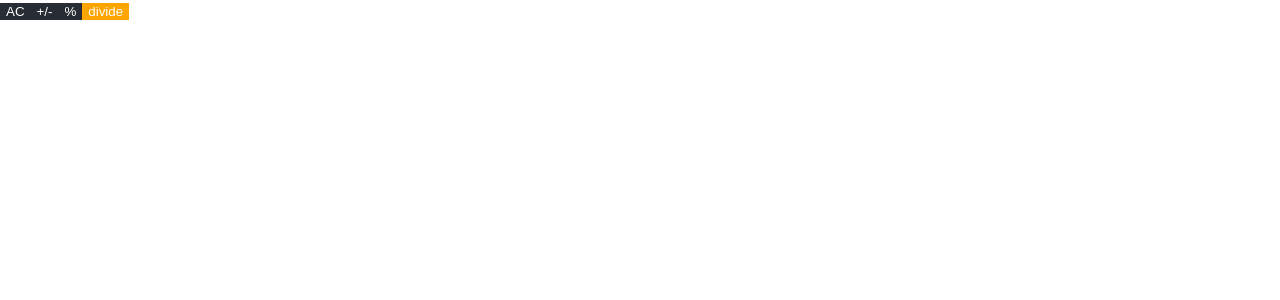
Repository: catsarenotreal/CalculatorWebApp
Page: /
The author's editor kept a copy of each file at every save. The page is drawn from the files as they stood at one save, then again after the next save.
The browser window is 1280 px wide. The pictures show the whole page.
The project was rebuilt for these pictures with package versions that can differ from the ones it lists, and the page was loaded fresh each time.

Above is the page before, as saved 2024-08-22 14:57:08.

### src/App.tsx
import React from 'react';
// import logo from './logo.svg';
import './App.css';

type Props = {
  val : string;
  colour : 'orange'|'darkgrey'|'lightgrey';
}

function DisplayScreen(){ // changes on click for = sign
  return <></>;
}

function Buttons(props : Props){

  const val = props.val;
  const colour = props.colour;


  function handleClick(){

  }

  return <button className = {`Buttons ${colour}`} onClick = {handleClick}>
    {val}
  </button>
}

export default function Calc() {
  return (
    <main>
      <div className = "row">
        {/* <DisplayScreen> </DisplayScreen> */}
      </div>
      <div className = "row">
        <Buttons val={'AC'} colour = 'darkgrey'/>
        <Buttons val={'+/-'} colour = 'darkgrey'/>
        <Buttons val={'%'} colour = 'darkgrey'/ >
        <Buttons val={'divide'} colour = 'orange' />
      </div>
      <div>

      </div>
    </main>

  );
}

### src/App.css
.App {
  text-align: center;
}

:root{

  --greyBG: grey;
  --darkGreyBG: rgb(46, 46, 46);
  --orangeBG: orange;

  --bgColour: if ('grey') var(--greyBG) else var(--orangeBG)


}

.App-logo {
  height: 40vmin;
  pointer-events: none;
}


.App-header {
  background-color: #282c34;
  min-height: 100vh;
  display: flex;
  flex-direction: column;
  align-items: center;
  justify-content: center;
  font-size: calc(10px + 2vmin);
  color: white;
}

.App-link {
  color: #61dafb;
}


.DisplayScreen {
  background-color: rgb(24, 24, 24);
  text-align: right;
}

.Buttons {
  text-align: center;
  box-shadow: none;
  border: 0;
  border-radius: 0;
  /* background-color: var(--bgColour); */
  color: white;
}

.Buttons.orange{
  background-color: orange;
}

.Buttons.lightgrey{
  background-color: #797979;
}

.Buttons.darkgrey{
  background-color:#282c34;
}






@keyframes App-logo-spin {
  from {
    transform: rotate(0deg);
  }
  to {
    transform: rotate(360deg);
  }
}

Loaded but not shown: public/index.html (common file); src/index.tsx (common file); src/index.css (common file); src/reportWebVitals.ts (common file)

After the next save:
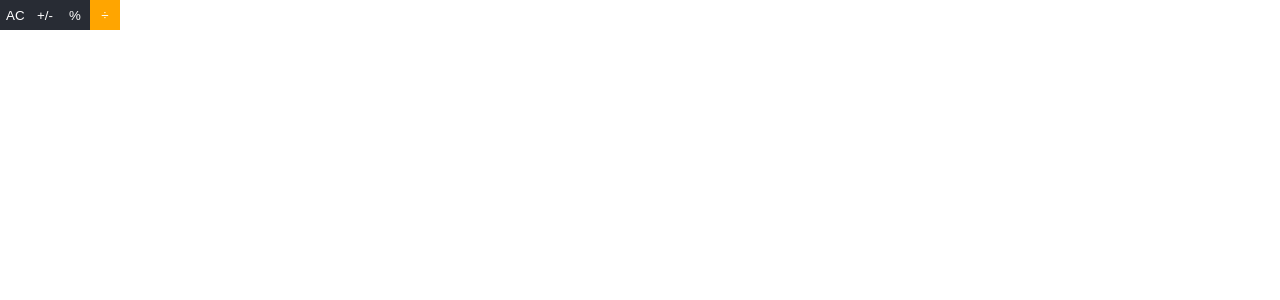
Saved 51 s later.
--- a/src/App.tsx
+++ b/src/App.tsx
@@ -36,7 +36,7 @@ export default function Calc() {
         <Buttons val={'AC'} colour = 'darkgrey'/>
         <Buttons val={'+/-'} colour = 'darkgrey'/>
         <Buttons val={'%'} colour = 'darkgrey'/ >
-        <Buttons val={'divide'} colour = 'orange' />
+        <Buttons val={'÷'} colour = 'orange' />
       </div>
       <div>
 
--- a/src/App.css
+++ b/src/App.css
@@ -45,8 +45,11 @@
   box-shadow: none;
   border: 0;
   border-radius: 0;
+
   /* background-color: var(--bgColour); */
   color: white;
+  height: 30px;
+  width: 30px;
 }
 
 .Buttons.orange{
